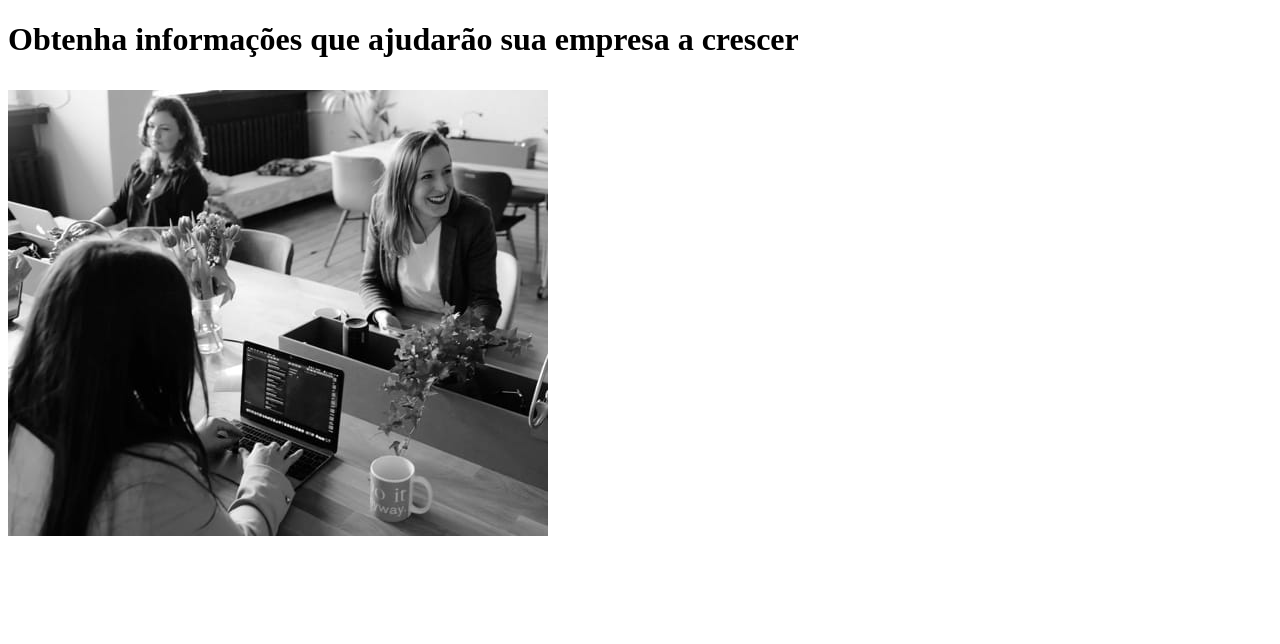
Repository: caique2512/componentes-de-estatisticas
Page: index.html
The author's editor kept a copy of each file at every save. The page is drawn from the files as they stood at one save, then again after the next save.
The browser window is 1280 px wide. The pictures show the whole page.

Above is the page before, as saved 2026-03-03 16:45:01.

After the next save:
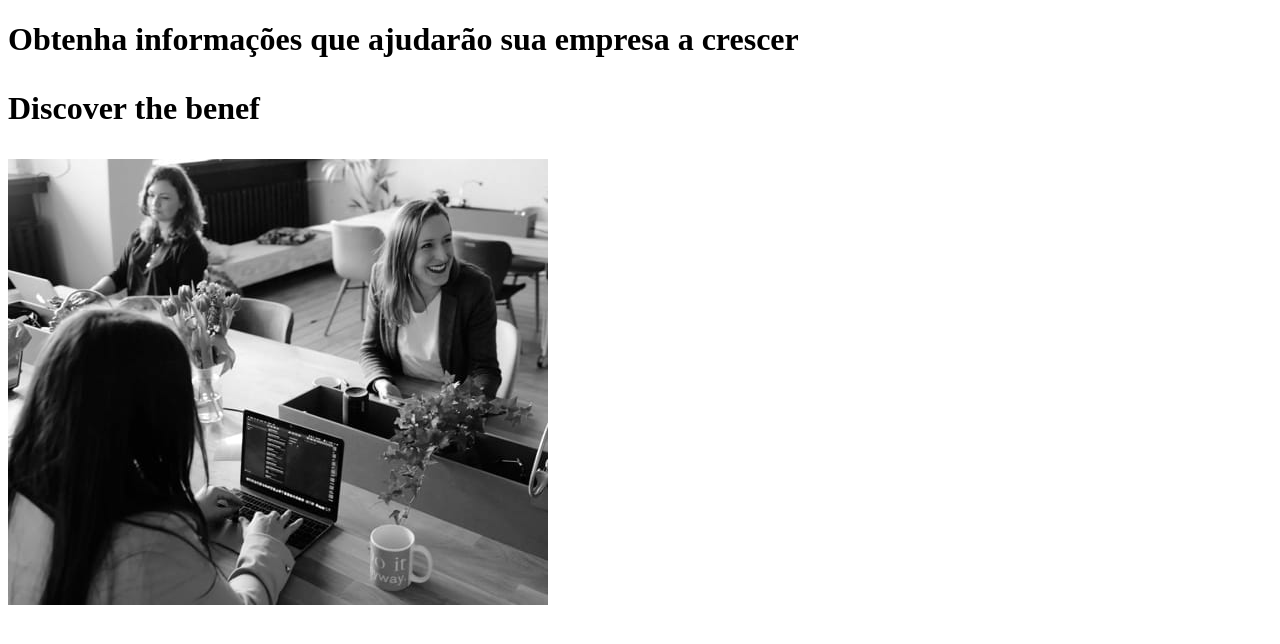
Saved 9 s later.
--- a/index.html
+++ b/index.html
@@ -9,7 +9,7 @@
     <main class="conteudo">
         <div class="conteudo-principal">
             <h1>Obtenha informações que ajudarão sua empresa a crescer<h1>
-            <p></p>
+            <p>Discover the benef</p>
         </div>
         <picture class="img">
             <img src="./images/image-header-desktop.jpg" alt="Mulheres no escritório">
